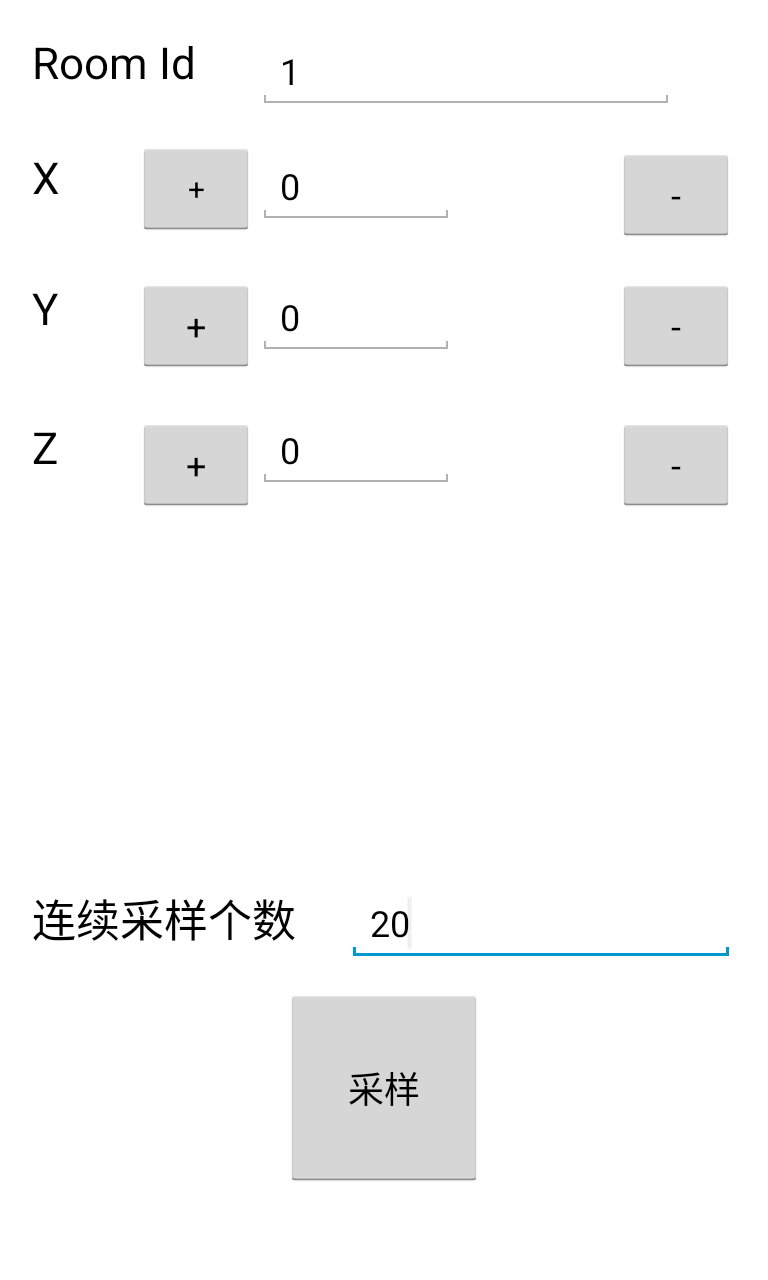
Repository: RenchuSong/tMap_Android
Layout: tmap_model_tool/res/layout/wifi_conllector.xml
The author's editor kept a copy of each file at every save. The layout is drawn from the files as they stood at one save, then again after the next save.
It is drawn on a 768 x 1280 px phone screen (xhdpi) without system bars, with theme AppTheme; the app's code is not run.

Above is the layout before, as saved 2014-04-20 12:31:59.

### tmap_model_tool/res/layout/wifi_conllector.xml
<RelativeLayout xmlns:android="http://schemas.android.com/apk/res/android"
    xmlns:tools="http://schemas.android.com/tools"
    android:layout_width="match_parent"
    android:layout_height="match_parent"
    android:paddingBottom="@dimen/activity_vertical_margin"
    android:paddingLeft="@dimen/activity_horizontal_margin"
    android:paddingRight="@dimen/activity_horizontal_margin"
    android:paddingTop="@dimen/activity_vertical_margin"
    tools:context=".WifiCollector" >

    <TextView
        android:id="@+id/textView1"
        android:layout_width="wrap_content"
        android:layout_height="wrap_content"
        android:layout_alignParentLeft="true"
        android:layout_alignParentTop="true"
        android:text="Room Id"
        android:textAppearance="?android:attr/textAppearanceLarge" />

    <TextView
        android:id="@+id/textView2"
        android:layout_width="wrap_content"
        android:layout_height="wrap_content"
        android:layout_alignLeft="@+id/textView1"
        android:layout_below="@+id/textView1"
        android:layout_marginTop="28dp"
        android:text="X"
        android:textAppearance="?android:attr/textAppearanceLarge" />

    <TextView
        android:id="@+id/textView3"
        android:layout_width="wrap_content"
        android:layout_height="wrap_content"
        android:layout_alignLeft="@+id/textView2"
        android:layout_below="@+id/textView2"
        android:layout_marginTop="36dp"
        android:text="Y"
        android:textAppearance="?android:attr/textAppearanceLarge" />

    <TextView
        android:id="@+id/textView4"
        android:layout_width="wrap_content"
        android:layout_height="wrap_content"
        android:layout_alignLeft="@+id/textView3"
        android:layout_below="@+id/textView3"
        android:layout_marginTop="40dp"
        android:text="Z"
        android:textAppearance="?android:attr/textAppearanceLarge" />

    <EditText
        android:id="@+id/roomId"
        android:layout_width="wrap_content"
        android:layout_height="wrap_content"
        android:layout_marginLeft="30dp"
        android:layout_toRightOf="@+id/textView1"
        android:ems="10"
        android:text="1" >

    </EditText>

    <EditText
        android:id="@+id/x"
        android:layout_width="100dp"
        android:layout_height="wrap_content"
        android:layout_alignLeft="@+id/roomId"
        android:layout_alignTop="@+id/textView2"
        android:ems="10"
        android:text="0"  />

    <EditText
        android:id="@+id/y"
        android:layout_width="100dp"
        android:layout_height="wrap_content"
        android:layout_alignLeft="@+id/x"
        android:layout_alignTop="@+id/textView3"
        android:ems="10"
        android:text="0" >

    </EditText>

    <EditText
        android:id="@+id/z"
        android:layout_width="100dp"
        android:layout_height="wrap_content"
        android:layout_alignBaseline="@+id/textView4"
        android:layout_alignBottom="@+id/textView4"
        android:layout_alignLeft="@+id/y"
        android:ems="10"
        android:text="0" />

    <Button
        android:id="@+id/scan"
        android:layout_width="100dp"
        android:layout_height="100dp"
        android:layout_alignParentBottom="true"
        android:layout_centerHorizontal="true"
        android:layout_marginBottom="30dp"
        android:text="采样" />

    <Button
        android:id="@+id/up_x"
        android:layout_width="60dp"
        android:layout_height="wrap_content"
        android:layout_alignBaseline="@+id/x"
        android:layout_alignBottom="@+id/x"
        android:layout_toLeftOf="@+id/x"
        android:textSize="15sp"
        android:text="+" />

    <Button
        android:id="@+id/up_y"
        android:layout_width="60dp"
        android:layout_height="wrap_content"
        android:layout_alignLeft="@+id/up_x"
        android:layout_alignTop="@+id/y"
        android:text="+" />

    <Button
        android:id="@+id/up_z"
        android:layout_width="60dp"
        android:layout_height="wrap_content"
        android:layout_alignLeft="@+id/up_y"
        android:layout_alignTop="@+id/textView4"
        android:text="+" />

    <Button
        android:id="@+id/down_x"
        android:layout_width="60dp"
        android:layout_height="wrap_content"
        android:layout_alignParentRight="true"
        android:layout_alignTop="@+id/x"
        android:text="-" />

    <Button
        android:id="@+id/down_y"
        android:layout_width="60dp"
        android:layout_height="wrap_content"
        android:layout_alignParentRight="true"
        android:layout_alignTop="@+id/y"
        android:text="-" />

    <Button
        android:id="@+id/down_z"
        android:layout_width="60dp"
        android:layout_height="wrap_content"
        android:layout_alignBaseline="@+id/up_z"
        android:layout_alignBottom="@+id/up_z"
        android:layout_alignLeft="@+id/down_y"
        android:text="-" />

    <TextView
        android:id="@+id/textView5"
        android:layout_width="wrap_content"
        android:layout_height="wrap_content"
        android:layout_above="@+id/scan"
        android:layout_alignLeft="@+id/textView4"
        android:layout_marginBottom="19dp"
        android:text="连续采样个数"
        android:textAppearance="?android:attr/textAppearanceLarge" />

    <EditText
        android:id="@+id/each_time"
        android:layout_width="wrap_content"
        android:layout_height="wrap_content"
        android:layout_alignBaseline="@+id/textView5"
        android:layout_alignBottom="@+id/textView5"
        android:layout_marginLeft="25dp"
        android:layout_toRightOf="@+id/textView5"
        android:ems="10"
        android:text="20" >

        <requestFocus />
    </EditText>

</RelativeLayout>

Loaded but not shown: tmap_model_tool/res/values/styles.xml (common file); tmap_model_tool/res/values-v11/styles.xml (common file); tmap_model_tool/res/values-v14/styles.xml (common file); tmap_model_tool/res/values/dimens.xml (common file)

After the next save:
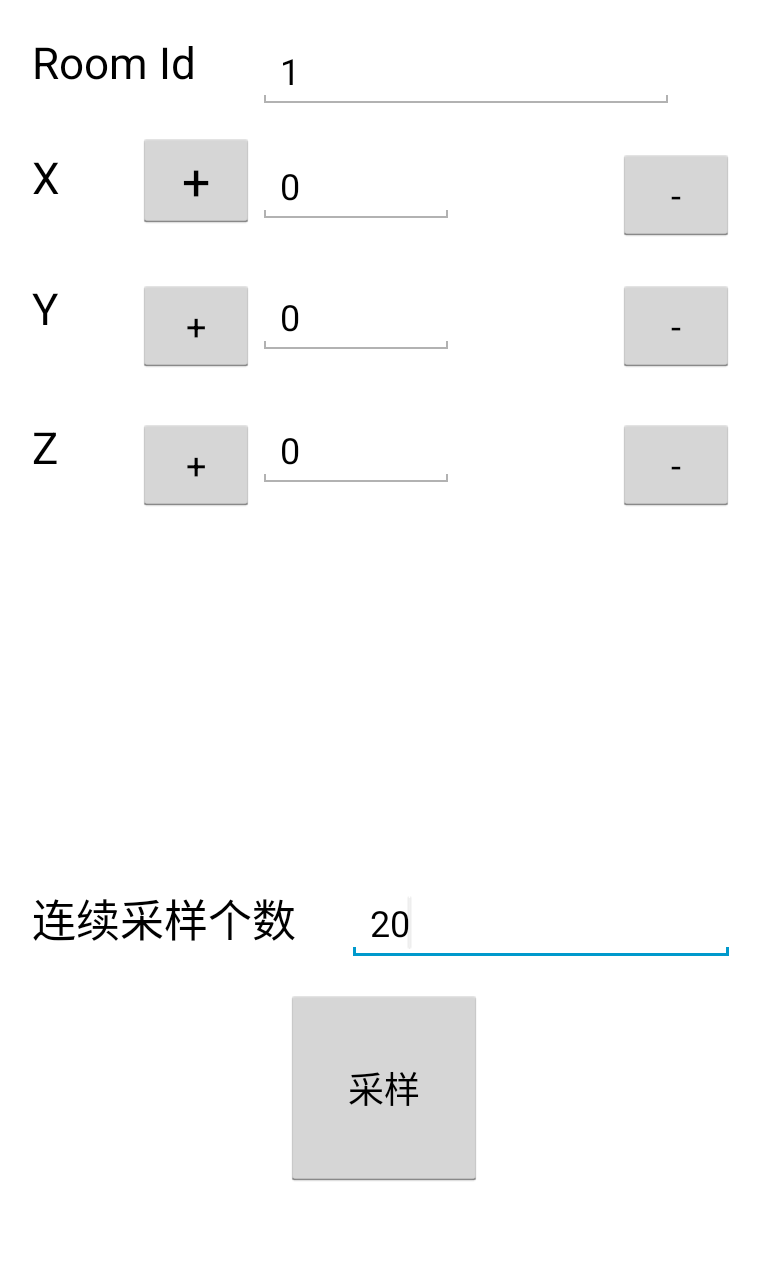
Saved 7 s later.
--- a/tmap_model_tool/res/layout/wifi_conllector.xml
+++ b/tmap_model_tool/res/layout/wifi_conllector.xml
@@ -104,7 +104,7 @@
         android:layout_alignBaseline="@+id/x"
         android:layout_alignBottom="@+id/x"
         android:layout_toLeftOf="@+id/x"
-        android:textSize="15sp"
+        android:textSize="25sp"
         android:text="+" />
 
     <Button
